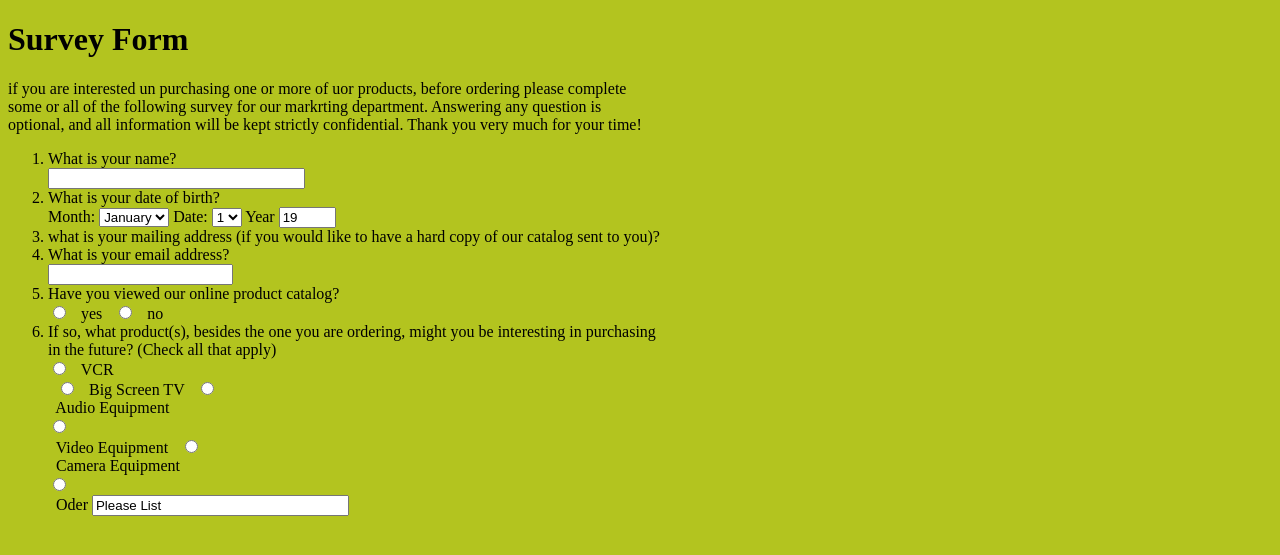
Repository: PhamChiXuan1/HTCNW_tuan3_DHCNTT16C_PhamChiXuan_20030131
Page: bt17.html
The author's editor kept a copy of each file at every save. The page is drawn from the files as they stood at one save, then again after the next save.
The browser window is 1280 px wide. The pictures show the whole page.

Above is the page before, as saved 2022-02-27 22:44:23.

### bt17.html
<!DOCTYPE html>
<html lang="en">
<head>
    <meta charset="UTF-8">
    <meta http-equiv="X-UA-Compatible" content="IE=edge">
    <meta name="viewport" content="width=device-width, initial-scale=1.0">
    <title>Document</title>
</head>
<body style="background-color: rgb(179, 196, 31);">
    <H1>Survey Form</H1>
    <P>if you are interested un purchasing one or more of uor products, before ordering please complete <br>some or all of the following survey for our markrting department. Answering any question is <br>optional, and all information will be kept strictly confidential. Thank you very much for your time!</P>
    <ol type="1">

        <li>What is your name?</li>
            <input type="text" id="" name="19" size="29" >

        <li>What is your date of birth?</li>
        <form>
            <label for="cars">Month:</label>
            <select id="cars" name="cars">
                <option value="January">January</option>
            </select>
            <label for="cars">Date:</label>
            <select id="cars" name="cars">
                <option value="1">1</option>
            </select>
            <label for="cars">Year</label>
            <input type="text" id="" name="" size="4" value="19">

            <li>what is your mailing address (if you would like to have a hard copy of our catalog sent to you)?</li>

            <li>What is your email address?</li>
            <form>
                <input type="text" id="fname" name="fname" value=""><br>
            </form>

            <li>Have you viewed our online product catalog?</li>
            <input type="radio" id="" name="" value="">
                <label for="yes">yes</label>
            <input type="radio" id="" name="" value="">
                <label for="no">no</label><br>

            <li>If so, what product(s), besides the one you are ordering, might you be interesting in purchasing <br>in the future? (Check all that apply)</li>
            <input type="radio" id="" name="" value="">
                <label for="VCR">VCR</label> <br>
            <input type="radio" id="" name="" value="">
                <label for="Big Screen TV">Big Screen TV</label>
            <input type="radio" id="" name="" value=""><br>
                <label for="Audio Equipment">Audio Equipment</label><br>
            <input type="radio" id="" name="" value=""><br>
                <label for="Video Equipment">Video Equipment</label>
            <input type="radio" id="" name="" value=""><br>
                <label for="Camera Equipment">Camera Equipment</label><br>
            <input type="radio" id="" name="" value=""><br>
                <label for="Oder">Oder</label> <input type="text" id="" name="" size="29" value="Please List">
        </form>
    </ol>


</body>
</html>

After the next save:
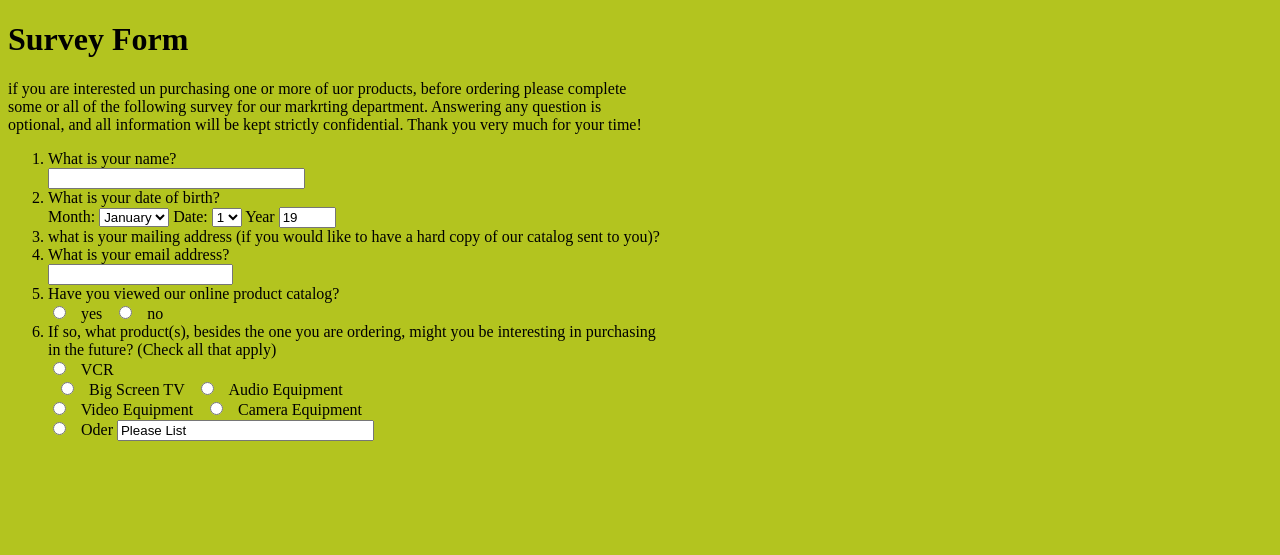
Saved 38 s later.
--- a/bt17.html
+++ b/bt17.html
@@ -42,16 +42,16 @@
 
             <li>If so, what product(s), besides the one you are ordering, might you be interesting in purchasing <br>in the future? (Check all that apply)</li>
             <input type="radio" id="" name="" value="">
-                <label for="VCR">VCR</label> <br>
+                <label for="VCR">VCR</label><br>
             <input type="radio" id="" name="" value="">
                 <label for="Big Screen TV">Big Screen TV</label>
-            <input type="radio" id="" name="" value=""><br>
+            <input type="radio" id="" name="" value="">
                 <label for="Audio Equipment">Audio Equipment</label><br>
-            <input type="radio" id="" name="" value=""><br>
+            <input type="radio" id="" name="" value="">
                 <label for="Video Equipment">Video Equipment</label>
-            <input type="radio" id="" name="" value=""><br>
+            <input type="radio" id="" name="" value="">
                 <label for="Camera Equipment">Camera Equipment</label><br>
-            <input type="radio" id="" name="" value=""><br>
+            <input type="radio" id="" name="" value="">
                 <label for="Oder">Oder</label> <input type="text" id="" name="" size="29" value="Please List">
         </form>
     </ol>
